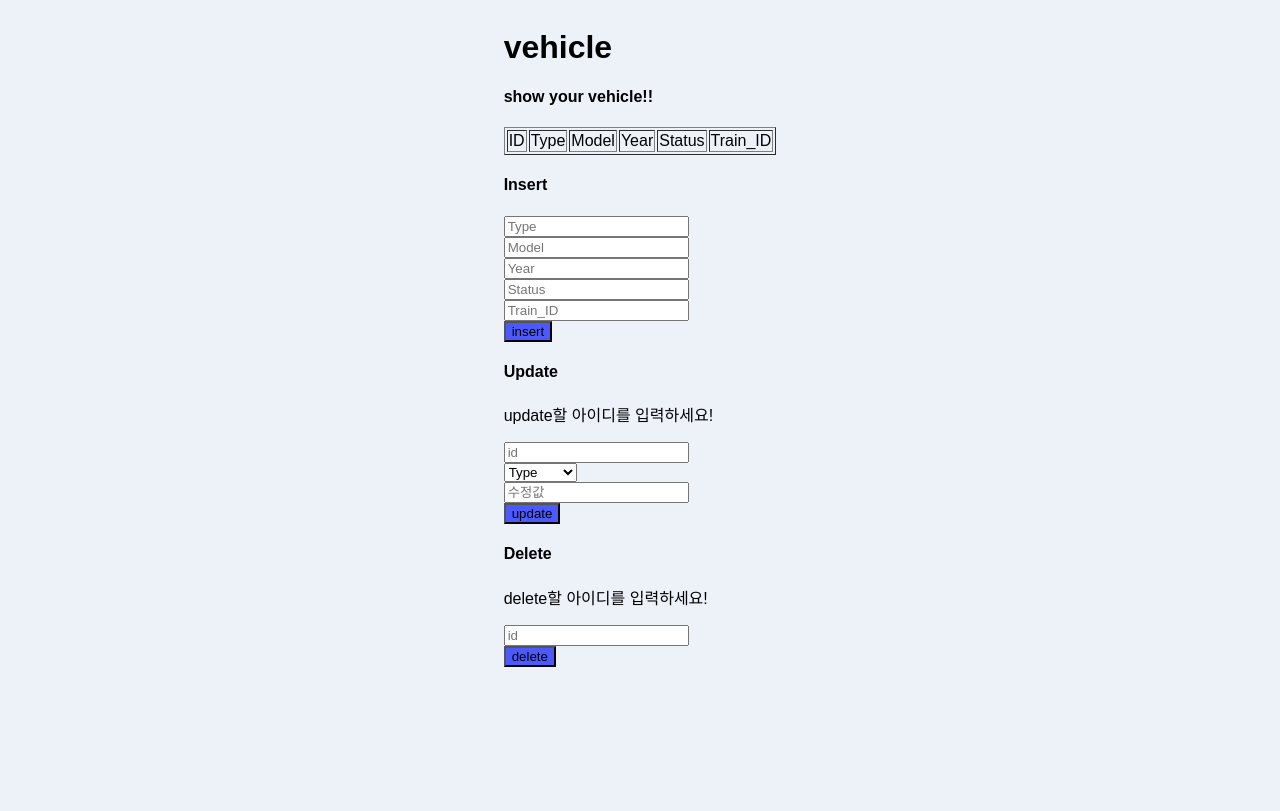
Repository: CISXO/JSP
Page: http://localhost/DB_Project/DB/vehicle.jsp
The author's editor kept a copy of each file at every save. The page is drawn from the files as they stood at one save, then again after the next save.
The browser window is 1280 px wide. The pictures show the whole page.
The page is served by Tomcat 9. Queries for data that is not in the repository find no rows.

Above is the page before, as saved 2022-12-21 16:41:28.

After the next save:
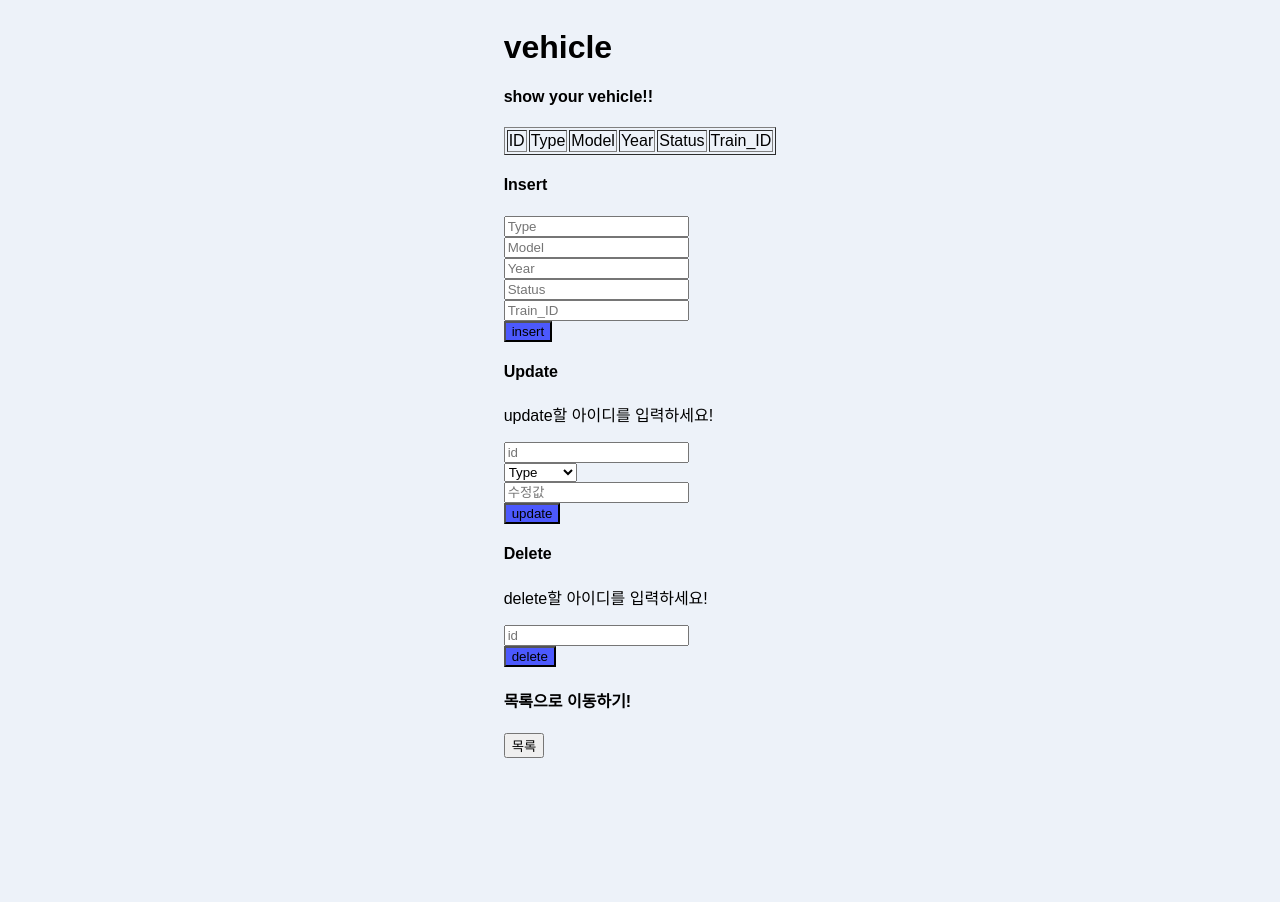
Saved 97 s later.
--- a/DbProject/DB_Project/src/main/webapp/DB/vehicle.jsp
+++ b/DbProject/DB_Project/src/main/webapp/DB/vehicle.jsp
@@ -127,8 +127,15 @@ try {
         <div>
         <button id="delete_button1" type = "submit" style="background-color: #4c59fd">delete</button>
         </div>
-        <br><br><br><br> <br><br><br><br>
         <input name="manage_num" type="hidden" value="3">
+        </form>
+
+        <form action="../Sys_admin.jsp" method="get">
+        <h4>목록으로 이동하기!</h4>
+        <div>
+        <button>목록</button>
+        </div>
+        <br><br><br><br><br><br><br><br>
         </form>
     </div>
 <%
